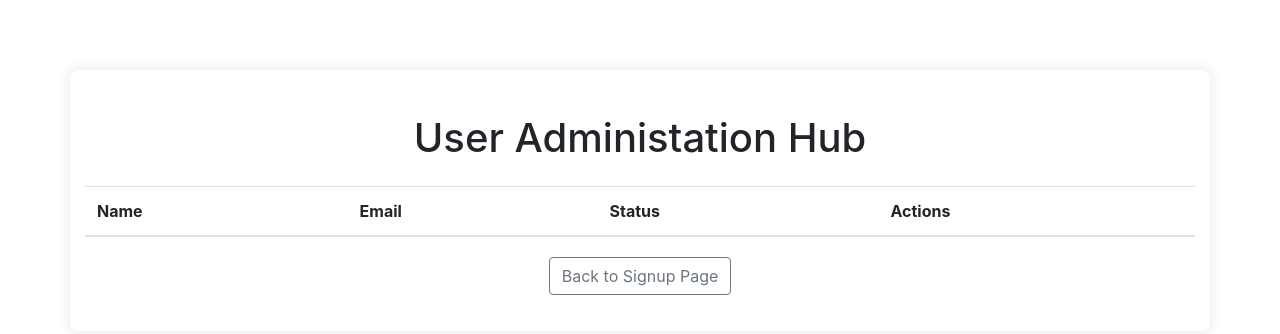
Repository: rmdayberry/yodlr-take-home
Page: public/admin.html
These files come from the project's save history. The page is drawn as it stood at one moment and after the next save; the edit follows.
The browser window is 1280 px wide. The pictures show the whole page.
The page's requests for data from a server got no answer.

Above is the page before, as saved 2024-10-09 10:26:21.

### public/admin.html
<!DOCTYPE html>
<html lang="en">
  <head>
    <meta charset="UTF-8" />
    <meta name="viewport" content="width=device-width, initial-scale=1.0" />
    <title>Admin Page - User Management</title>
    <link rel="stylesheet" href="css/styles.css" />
    <link rel="stylesheet" href="css/signup.css" />
    <link
      rel="stylesheet"
      href="https://stackpath.bootstrapcdn.com/bootstrap/4.5.2/css/bootstrap.min.css"
    />
    <script src="https://code.jquery.com/jquery-3.6.0.min.js"></script>
  </head>
  <body>
    <div class="container">
      <h1 class="mt-4">User Administation Hub</h1>
      <table class="table mt-4" id="userTable">
        <thead>
          <tr>
            <th>Name</th>
            <th>Email</th>
            <th>Status</th>
            <th>Actions</th>
          </tr>
        </thead>
        <tbody id="userTableBody">
          <!-- User rows will be populated here -->
        </tbody>
      </table>
      <div class="text-center">
        <p>
          <a href="/signup.html" class="btn btn-outline-secondary"
            >Back to Signup Page</a
          >
        </p>
      </div>
    </div>

    <script>
      let users = []; //Empty array to hold user data

      // Fetch users from the server
      function fetchUsers() {
        $.ajax({
          type: "GET",
          url: "http://localhost:3000/users",
          success: function (response) {
            users = response; // Store the user data
            updateUserTable(); // Call function to render table
          },
          error: function (err) {
            console.error("Error fetching users:", err);
          },
        });
      }

      // Change user status
      function changeUserStatus(userId, newStatus) {
        const user = users.find((u) => u.id === userId);
        if (user) {
          // Update only the status
          user.status = newStatus;

          // Make AJAX request to update user on the server
          $.ajax({
            type: "PUT",
            url: `http://localhost:3000/users/${userId}`,
            data: JSON.stringify({
              ...user, // Spread operator to include all user properties
              status: newStatus, // Update only status
            }),
            contentType: "application/json",
            success: function (response) {
              console.log("User updated successfully:", response);
              updateUserTable(); // Refresh user table
            },
            error: function (err) {
              console.error("Error updating user:", err);
            },
          });
        } else {
          console.error("User not found");
        }
      }

      //Delete user function
      function deleteUser(userId) {
        $.ajax({
          type: "DELETE",
          url: `http://localhost:3000/users/${userId}`,
          success: function (response) {
            console.log("User deleted successfully:", response);
            //Remove user from array
            users = users.filter((user) => user.id !== userId);
            updateUserTable();
          },
          error: function (err) {
            console.error("Error deleting user:", err);
          },
        });
      }

      // Render users in the table
      function updateUserTable() {
        const tableBody = $("#userTableBody");
        tableBody.empty(); // Clear existing table body

        users.forEach((user) => {
          const row = `<tr>
                    <td>${user.firstName} ${user.lastName}</td>
                    <td>${user.email}</td>
                    <td>${user.status}</td>
                    <td>
                        <button onclick="changeUserStatus(${user.id}, 'inactive')" class="btn btn-warning">Set Inactive</button>
                        <button onclick="changeUserStatus(${user.id}, 'active')" class="btn btn-success">Set Active</button>
                        <button onclick="deleteUser(${user.id})" class="btn btn-danger">Delete</button>
                    </td>
                </tr>`;
          tableBody.append(row); // Add new row to the table
        });
      }

      // Fetch users when the page loads
      $(document).ready(function () {
        fetchUsers();
      });
    </script>
  </body>
</html>

### public/css/styles.css
@import url("https://fonts.googleapis.com/css2?family=Roboto:wght@400;500;700&display=swap");

body {
  font-family: "Roboto", sans-serif;
  background-color: #f8f9fa;
  padding: 20px;
}

### public/css/signup.css
.container {
  max-width: 500px;
  margin: 50px auto;
  padding: 20px;
  background-color: white;
  border-radius: 8px;
  box-shadow: 0px 0px 15px rgba(0, 0, 0, 0.1);
}
h1 {
  text-align: center;
  margin-bottom: 20px;
}
.form-group {
  margin-bottom: 15px;
}

.btn-primary {
  width: 100%;
}

.text-center {
  text-align: center;
  margin-top: 20px;
}

After the next save:
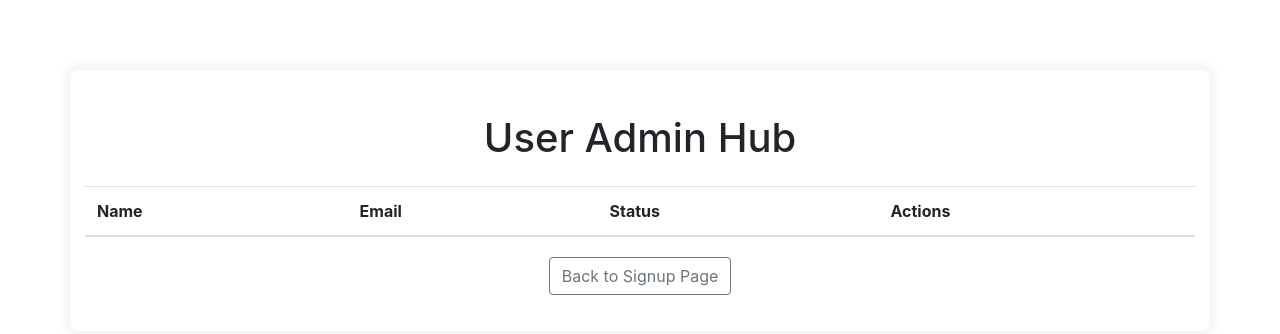
Saved 17 s later.
--- a/public/admin.html
+++ b/public/admin.html
@@ -14,7 +14,7 @@
   </head>
   <body>
     <div class="container">
-      <h1 class="mt-4">User Administation Hub</h1>
+      <h1 class="mt-4">User Admin Hub</h1>
       <table class="table mt-4" id="userTable">
         <thead>
           <tr>
